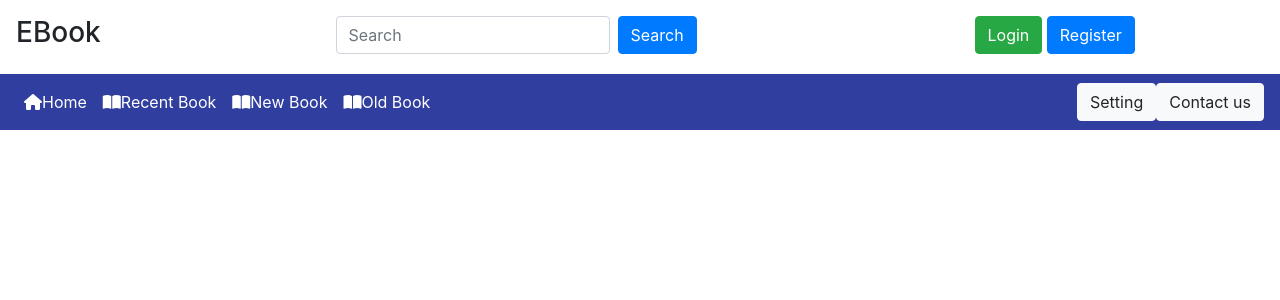
Repository: DaoThanhLam/eProjectKy4
Page: http://localhost/bookma_pro/
The author's editor kept a copy of each file at every save. The page is drawn from the files as they stood at one save, then again after the next save.
The browser window is 1280 px wide. The pictures show the whole page.
Some web libraries are served in a nearby version. The page is served by Tomcat 9.

Above is the page before, as saved 2024-11-14 01:32:15.

After the next save:
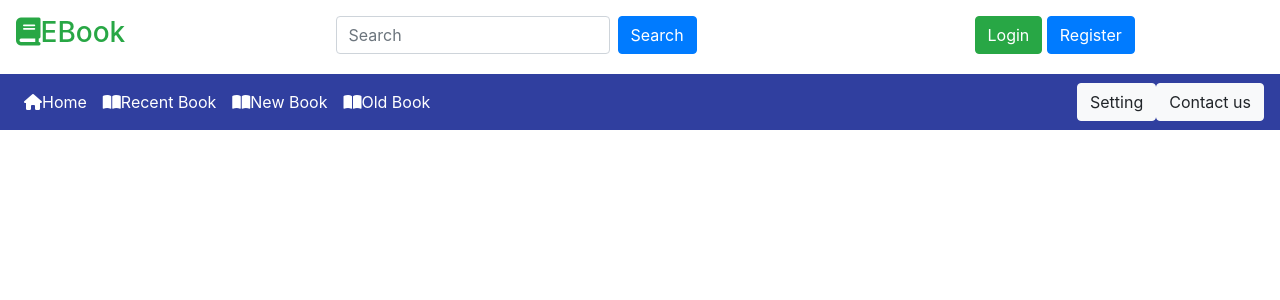
Saved 3 min 35 s later.
--- a/bookma_pro/src/main/webapp/components/navbar.jsp
+++ b/bookma_pro/src/main/webapp/components/navbar.jsp
@@ -1,7 +1,7 @@
 <div class="container-fluid p-3">
 	<div class="row" >
-		<div class="col-md-3">
-			<h3>EBook</h3>
+		<div class="col-md-3 text-success">
+			<h3><i class="fas fa-book"></i>EBook</h3>
 		</div>
 		<div class="col-md-6">
 	  		<form class="form-inline my-2 my-lg-0">
